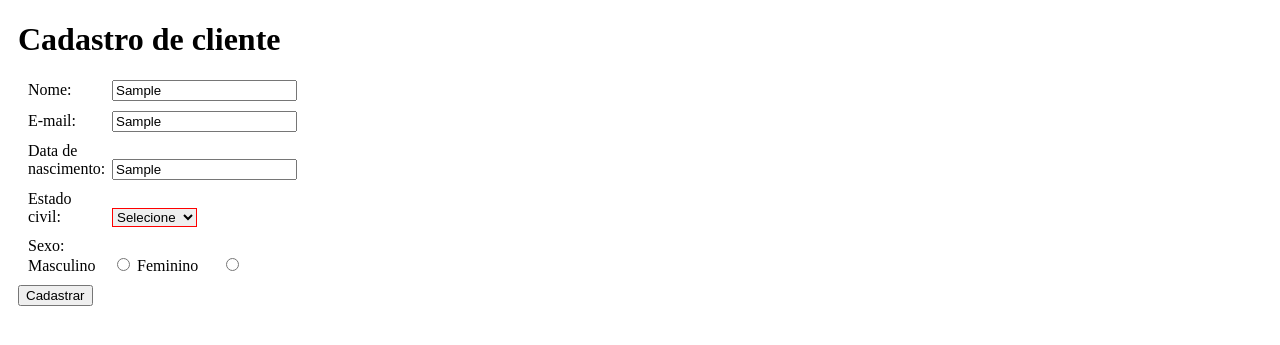
Repository: shamanickCoder/FIAP
Page: Desenvolvimentos de Sistemas Web/1 semestre/Javascript/15-Javascript/WebContent/cadastroCliente.html
These files come from the project's save history. The page is drawn as it stood at one moment and after the next save; the edit follows.
The browser window is 1280 px wide. The pictures show the whole page.
Empty fields were first filled with sample values (such as "Sample", 5 or name@example.com).
After loading, the first visible `form` was submitted once.

Above is the page before, as saved 2016-04-27 12:04:28.

After the next save:
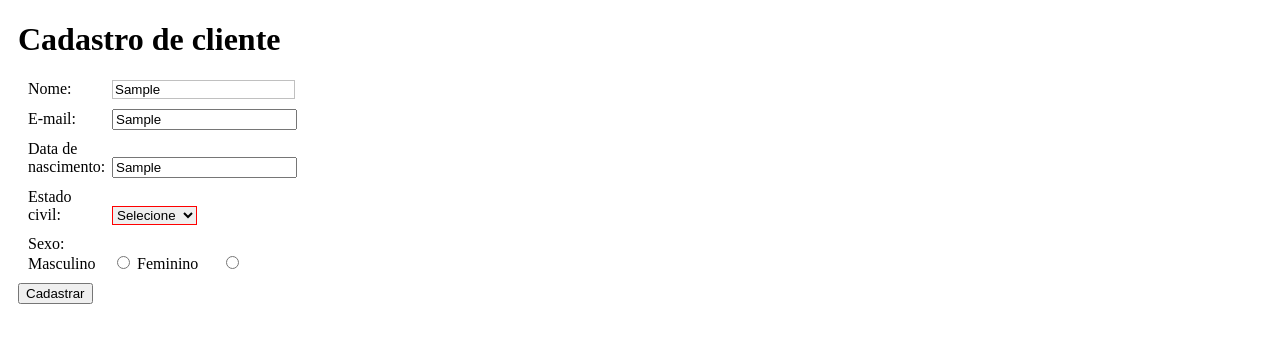
Saved 108 s later.
--- a/Desenvolvimentos de Sistemas Web/1 semestre/Javascript/15-Javascript/WebContent/validar.js
+++ b/Desenvolvimentos de Sistemas Web/1 semestre/Javascript/15-Javascript/WebContent/validar.js
@@ -8,6 +8,10 @@ function validarCliente(){
 	if(nome.value == ""){//nome é o id
 		nome.style.border = "1px solid red";
 		ok = false;
+	}
+	else {
+		nome.style.border = "1px solid silver";
+		ok = true;
 	}
 
 	if(email.value == ""){
